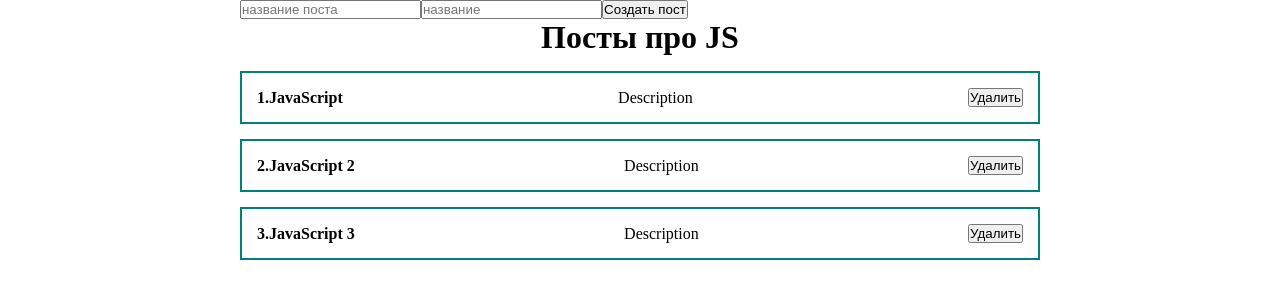
Repository: otvertka/ulb2_react
Page: / (app in jk_project/)
An editor plug-in stored every save of this project. The page is shown before and after the next save, followed by the edit.
The browser window is 1280 px wide. The pictures show the whole page.
The project was rebuilt for these pictures with package versions that can differ from the ones it lists, and the page was loaded fresh each time. Also part of the build but not shown: jk_project/src/component/Counter.jsx, jk_project/src/component/ClassCounter.jsx.

Above is the page before, as saved 2023-09-08 12:21:00.

After the next save:
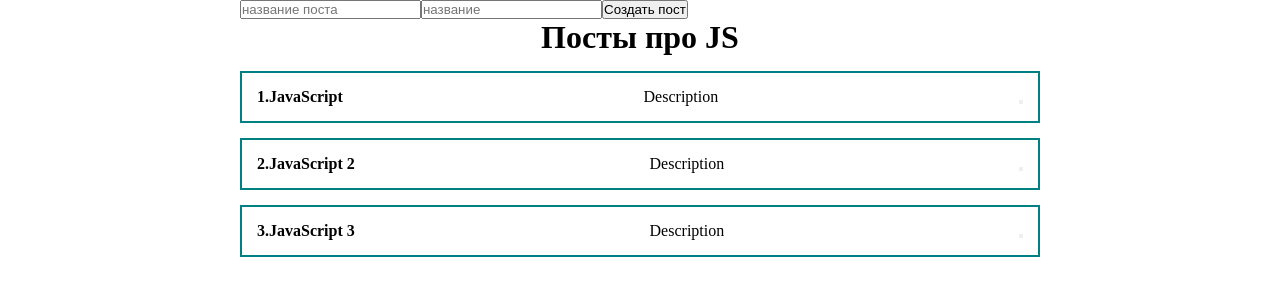
Saved 56 s later.
--- a/jk_project/src/component/PostItem.jsx
+++ b/jk_project/src/component/PostItem.jsx
@@ -1,4 +1,5 @@
 import React from "react";
+import MyButton from "./UI/button/MyButton";
 
 const PostItem = (props) => {
   console.log(props);
@@ -12,7 +13,7 @@
         </div>
         <div>{props.post.body}</div>
         <div className="post__btns">
-          <button>Удалить</button>
+          <MyButton> Удалить</MyButton>
         </div>
       </div>
     </div>

After the save that followed:
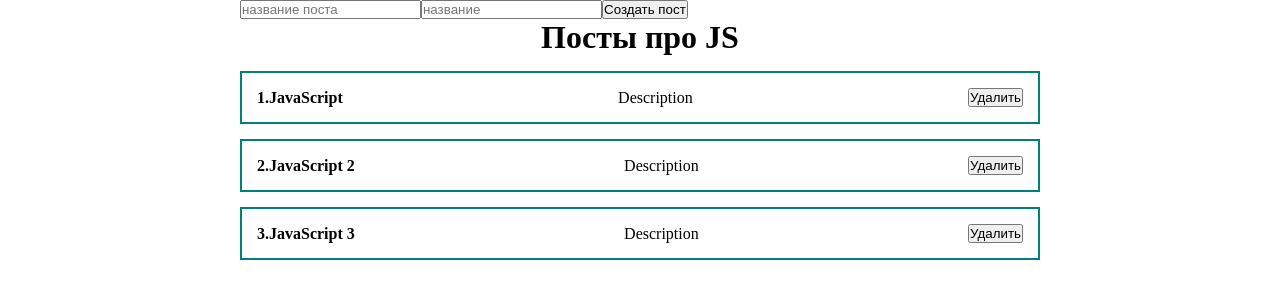
Saved 15 s later.
--- a/jk_project/src/component/PostItem.jsx
+++ b/jk_project/src/component/PostItem.jsx
@@ -1,5 +1,4 @@
 import React from "react";
-import MyButton from "./UI/button/MyButton";
 
 const PostItem = (props) => {
   console.log(props);
@@ -13,7 +12,7 @@
         </div>
         <div>{props.post.body}</div>
         <div className="post__btns">
-          <MyButton> Удалить</MyButton>
+          <button>Удалить</button>
         </div>
       </div>
     </div>
